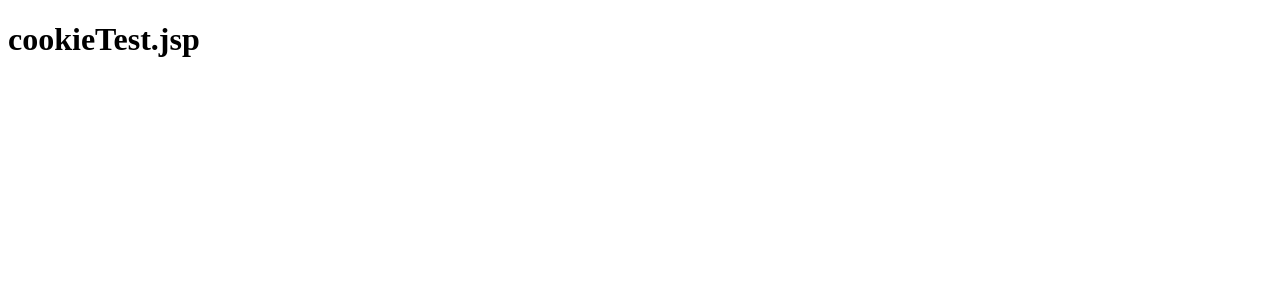
Repository: HeeYoung9/young9
Page: http://localhost/JSP7/jsp/cookieTest.jsp
An editor plug-in stored every save of this project. The page is shown before and after the next save, followed by the edit.
The browser window is 1280 px wide. The pictures show the whole page.
The page is served by Tomcat 9.

Above is the page before, as saved 2023-08-24 07:19:54.

After the next save:
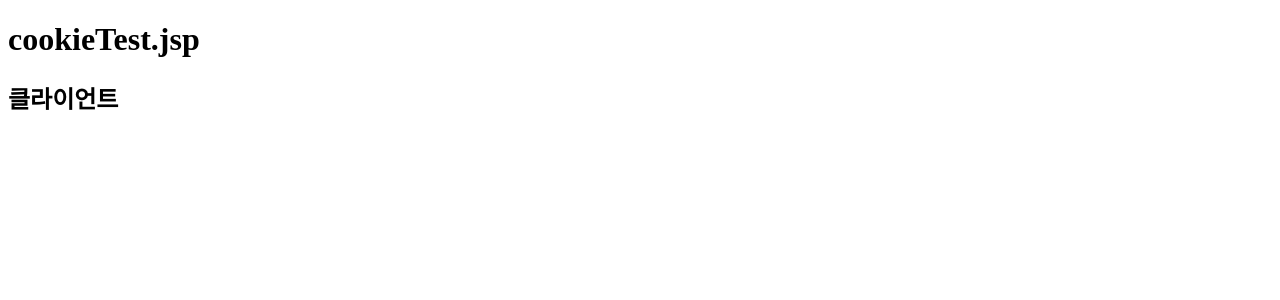
Saved 13 s later.
--- a/JSP7/src/main/webapp/jsp/cookieTest.jsp
+++ b/JSP7/src/main/webapp/jsp/cookieTest.jsp
@@ -9,6 +9,7 @@
 <body>
 
 <h1>cookieTest.jsp</h1>
+<h2>클라이언트</h2>
 
 
 

After the save that followed:
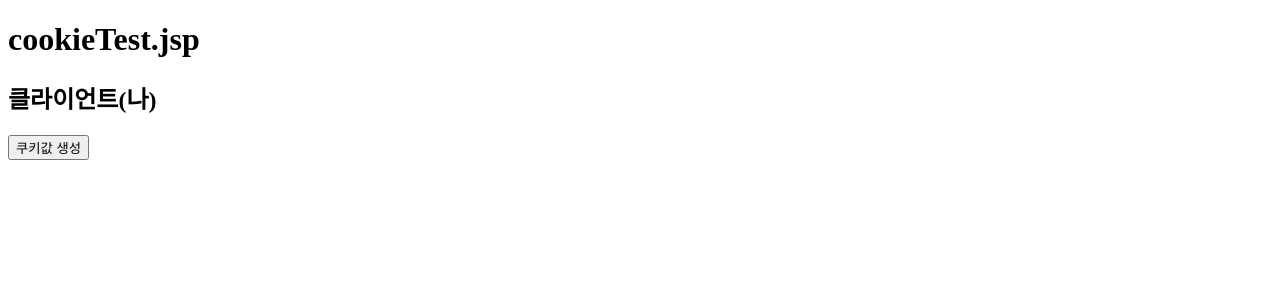
Saved 43 s later.
--- a/JSP7/src/main/webapp/jsp/cookieTest.jsp
+++ b/JSP7/src/main/webapp/jsp/cookieTest.jsp
@@ -9,8 +9,8 @@
 <body>
 
 <h1>cookieTest.jsp</h1>
-<h2>클라이언트</h2>
-
+<h2>클라이언트(나)</h2>
+<input type="button" value="쿠키값 생성">
 
 
 </body>
